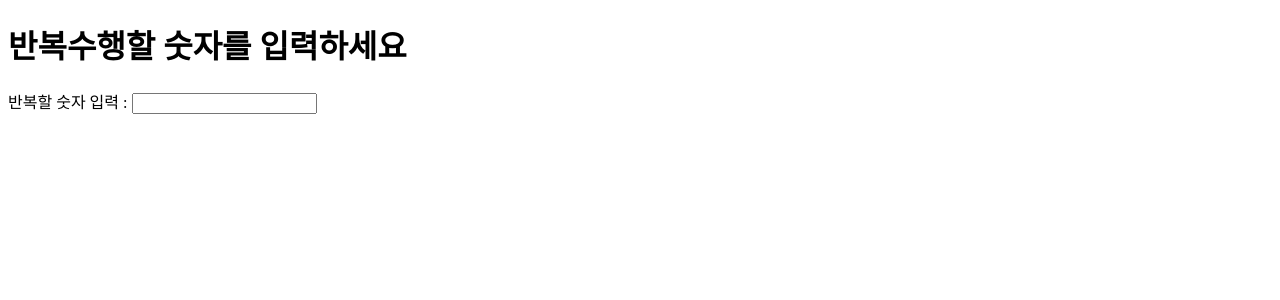
Repository: ceooyh/JSP
Page: http://localhost/step02/ex4_form.jsp
The author's editor kept a copy of each file at every save. The page is drawn from the files as they stood at one save, then again after the next save.
The browser window is 1280 px wide. The pictures show the whole page.
The page is served by Tomcat 9.

Above is the page before, as saved 2020-12-29 03:21:14.

After the next save:
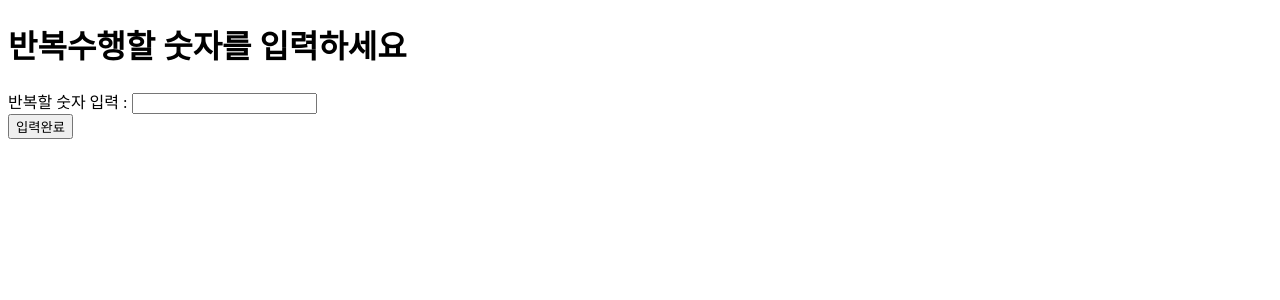
Saved 14 s later.
--- a/step02/WebContent/ex4_form.jsp
+++ b/step02/WebContent/ex4_form.jsp
@@ -9,7 +9,8 @@
 <body>
 	<form action="ex4_process.jsp">
 		<h1>반복수행할 숫자를 입력하세요</h1>
-		반복할 숫자 입력 : <input type="text" name="num">
+		반복할 숫자 입력 : <input type="text" name="num"><br>
+		<button>입력완료</button>
 	</form>
 </body>
 </html>
